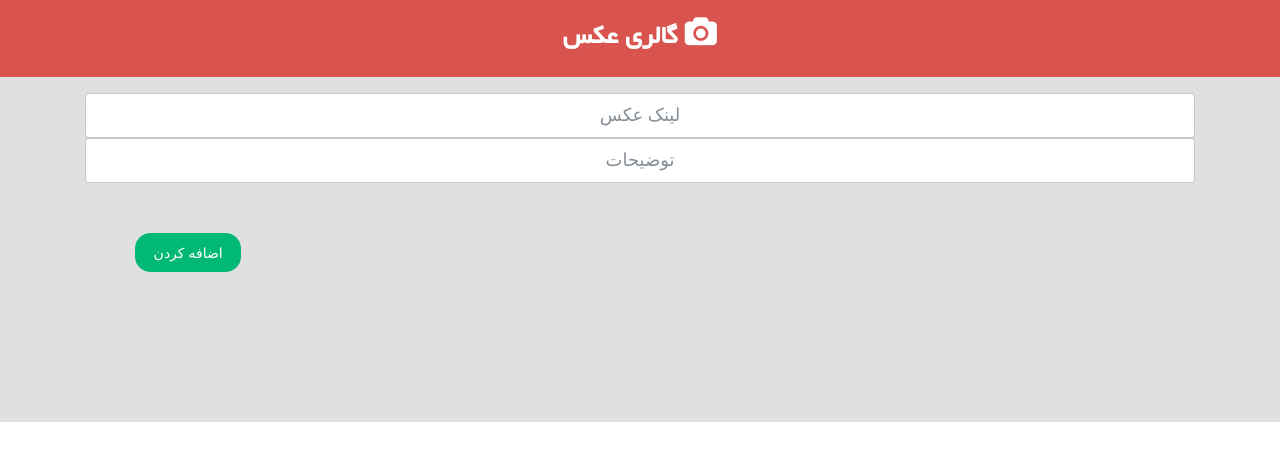
Repository: sadegh1379/PhotoWall-app
Page: /addphoto
The author's editor kept a copy of each file at every save. The page is drawn from the files as they stood at one save, then again after the next save.
The browser window is 1280 px wide. The pictures show the whole page.
The project was rebuilt for these pictures with package versions that can differ from the ones it lists, and the page was loaded fresh each time. Also part of the build but not shown: src/Component/Photo.js, src/Component/PhotoWall.js.

Above is the page before, as saved 2020-02-22 13:22:23.

After the next save:
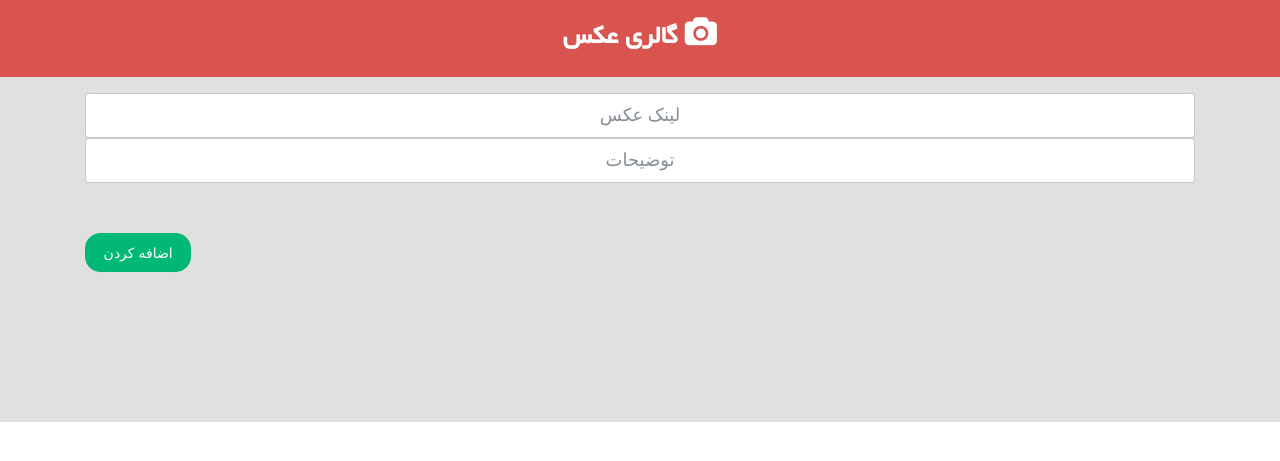
Saved 4 s later.
--- a/src/App.css
+++ b/src/App.css
@@ -46,7 +46,7 @@
 }
 
 .add-form button{
-    margin: 50px ;
+    margin: 50px auto;
 
 
 }
